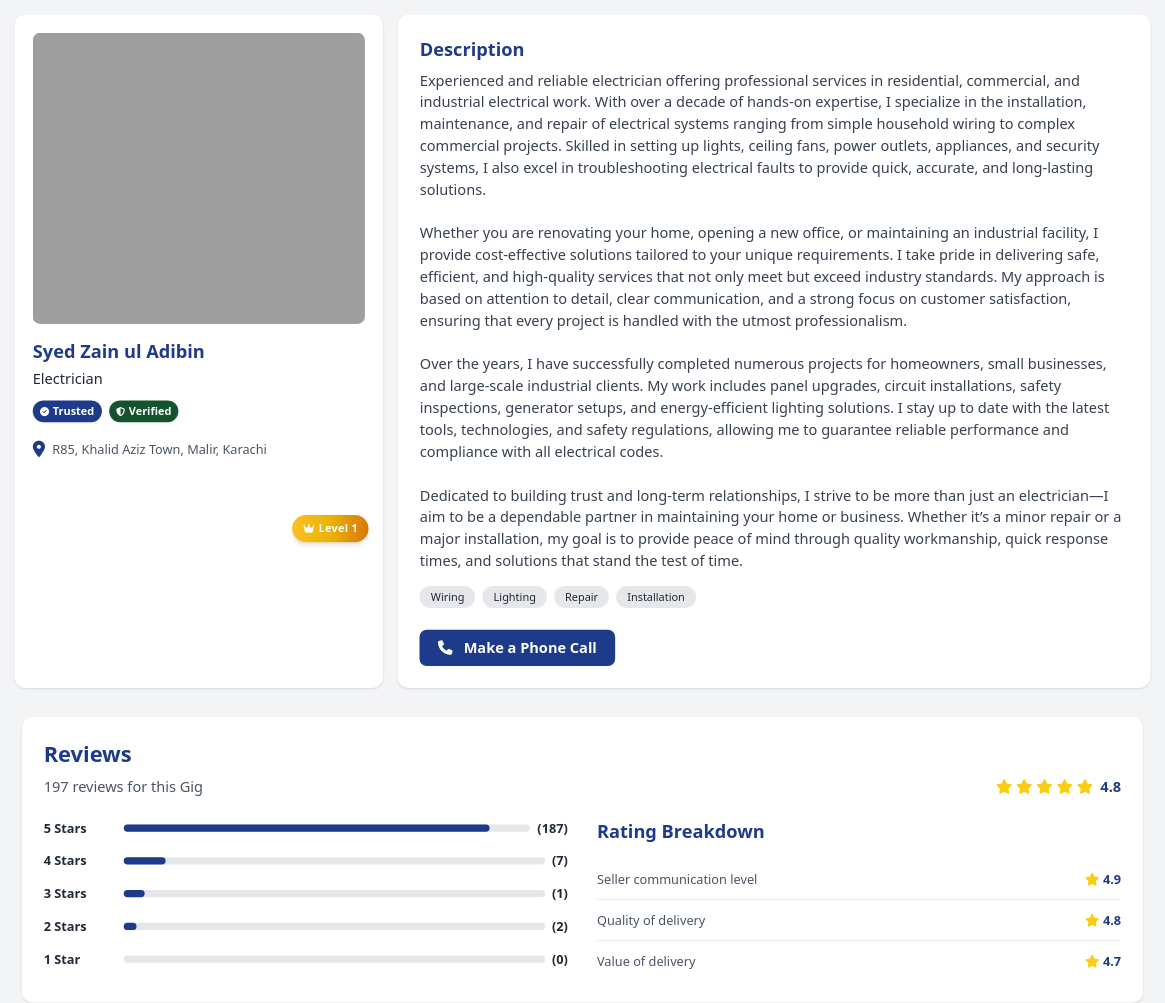
Repository: ARFA-SAEED/miljayega
Page: src/Mobile/showphonenum.html
The author's editor kept a copy of each file at every save. The page is drawn from the files as they stood at one save, then again after the next save.
The browser window is 1280 px wide. The pictures show the whole page, at 91% of full size.
Pictures or frames that could not be fetched are drawn as grey boxes. Some web libraries are served in a nearby version.

Above is the page before, as saved 2025-08-25 13:13:42.

After the next save:
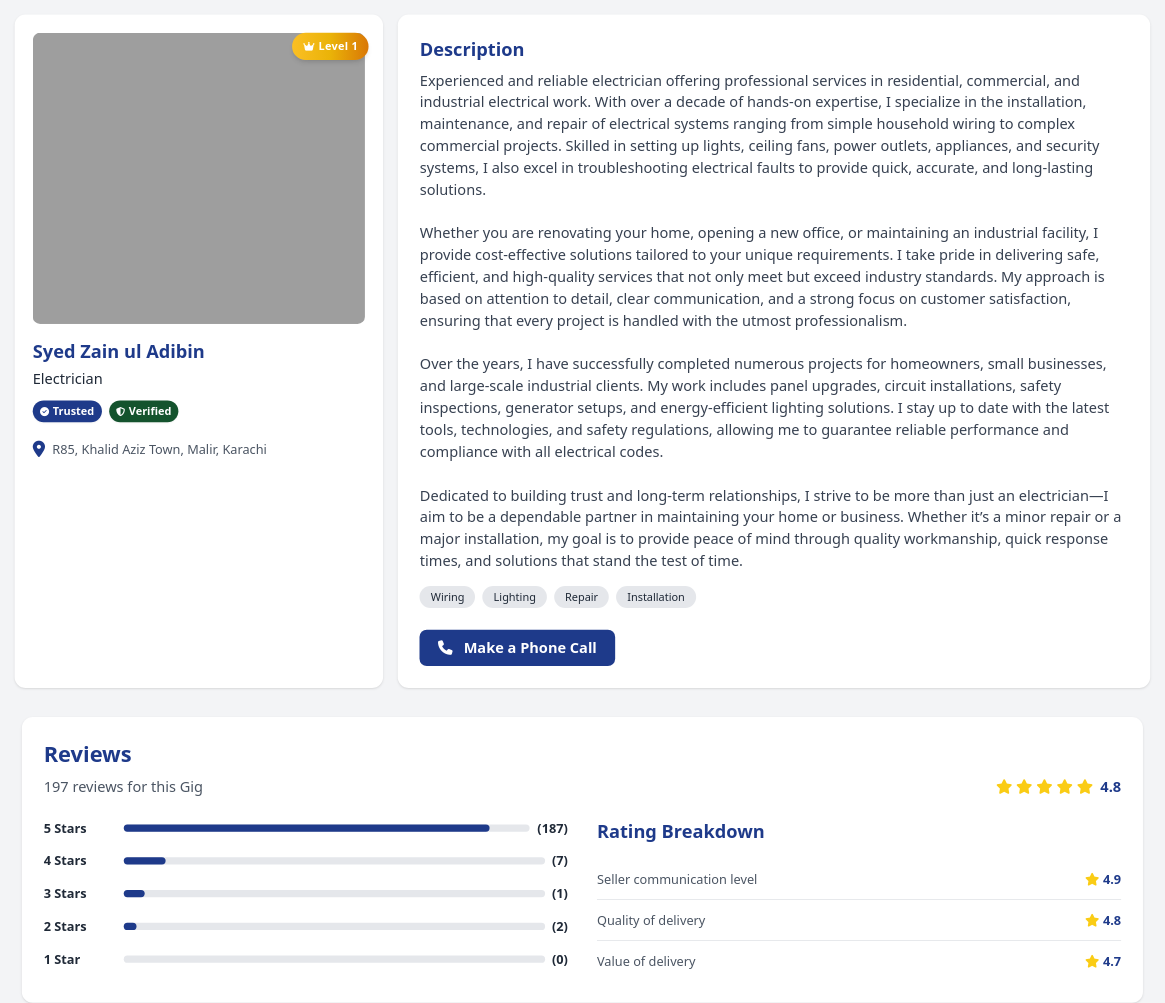
Saved 6 s later.
--- a/src/Mobile/showphonenum.html
+++ b/src/Mobile/showphonenum.html
@@ -22,7 +22,7 @@
             <div class="relative bg-white p-5 rounded-xl shadow">
                 <!-- Badge -->
                 <span
-                    class="absolute bottom-40 right-4 inline-flex items-center px-3 py-1.5 bg-gradient-to-r from-amber-400 via-yellow-500 to-amber-600 text-white text-[12px] font-semibold rounded-full shadow-md tracking-wide">
+                    class="absolute bottom-41 right-4 inline-flex items-center px-3 py-1.5 bg-gradient-to-r from-amber-400 via-yellow-500 to-amber-600 text-white text-[12px] font-semibold rounded-full shadow-md tracking-wide">
                     <i class="fa-solid fa-crown mr-1 text-[11px]"></i>
                     Level 1
                 </span>

After the save that followed:
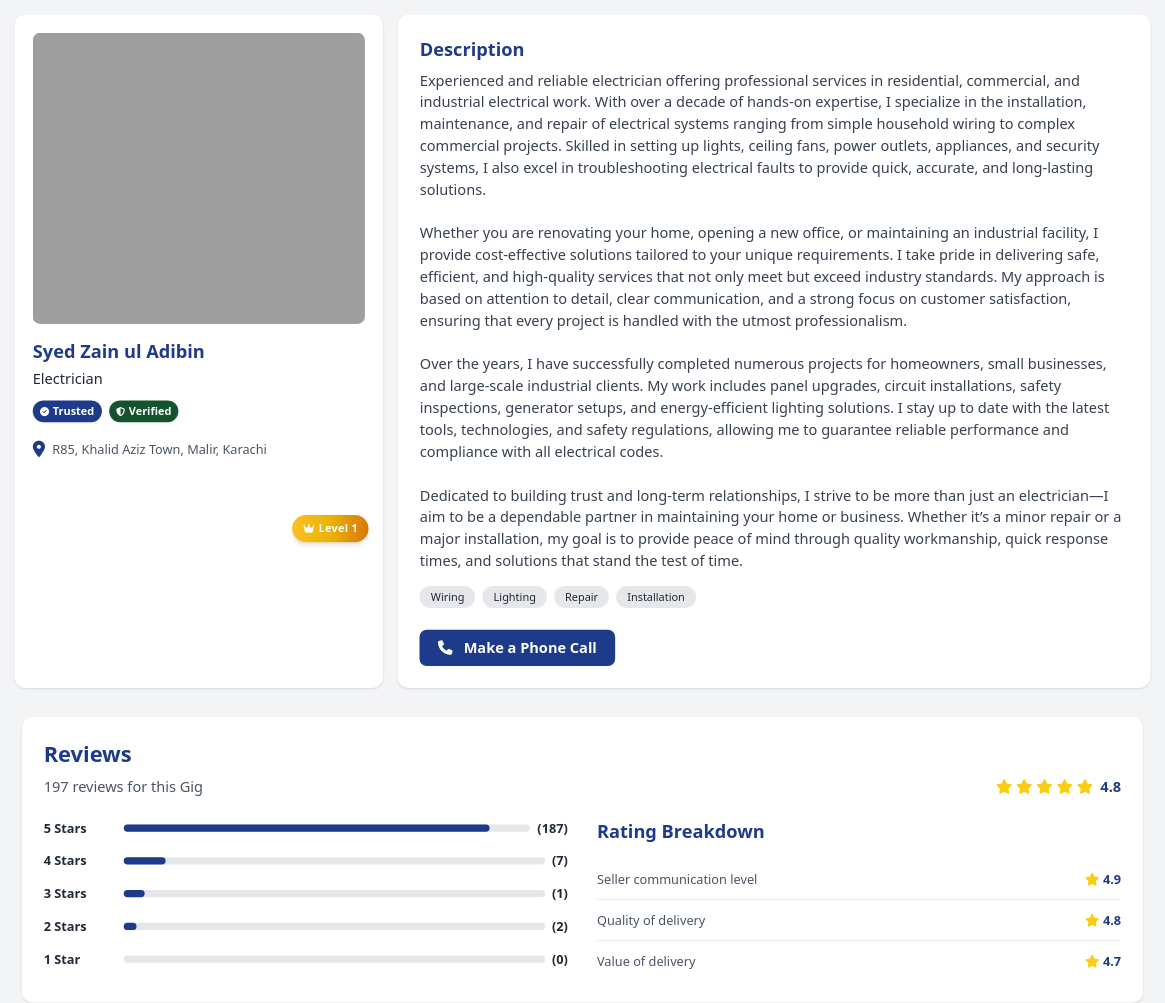
Saved 4 s later.
--- a/src/Mobile/showphonenum.html
+++ b/src/Mobile/showphonenum.html
@@ -22,7 +22,7 @@
             <div class="relative bg-white p-5 rounded-xl shadow">
                 <!-- Badge -->
                 <span
-                    class="absolute bottom-41 right-4 inline-flex items-center px-3 py-1.5 bg-gradient-to-r from-amber-400 via-yellow-500 to-amber-600 text-white text-[12px] font-semibold rounded-full shadow-md tracking-wide">
+                    class="absolute bottom-40 right-4 inline-flex items-center px-3 py-1.5 bg-gradient-to-r from-amber-400 via-yellow-500 to-amber-600 text-white text-[12px] font-semibold rounded-full shadow-md tracking-wide">
                     <i class="fa-solid fa-crown mr-1 text-[11px]"></i>
                     Level 1
                 </span>
